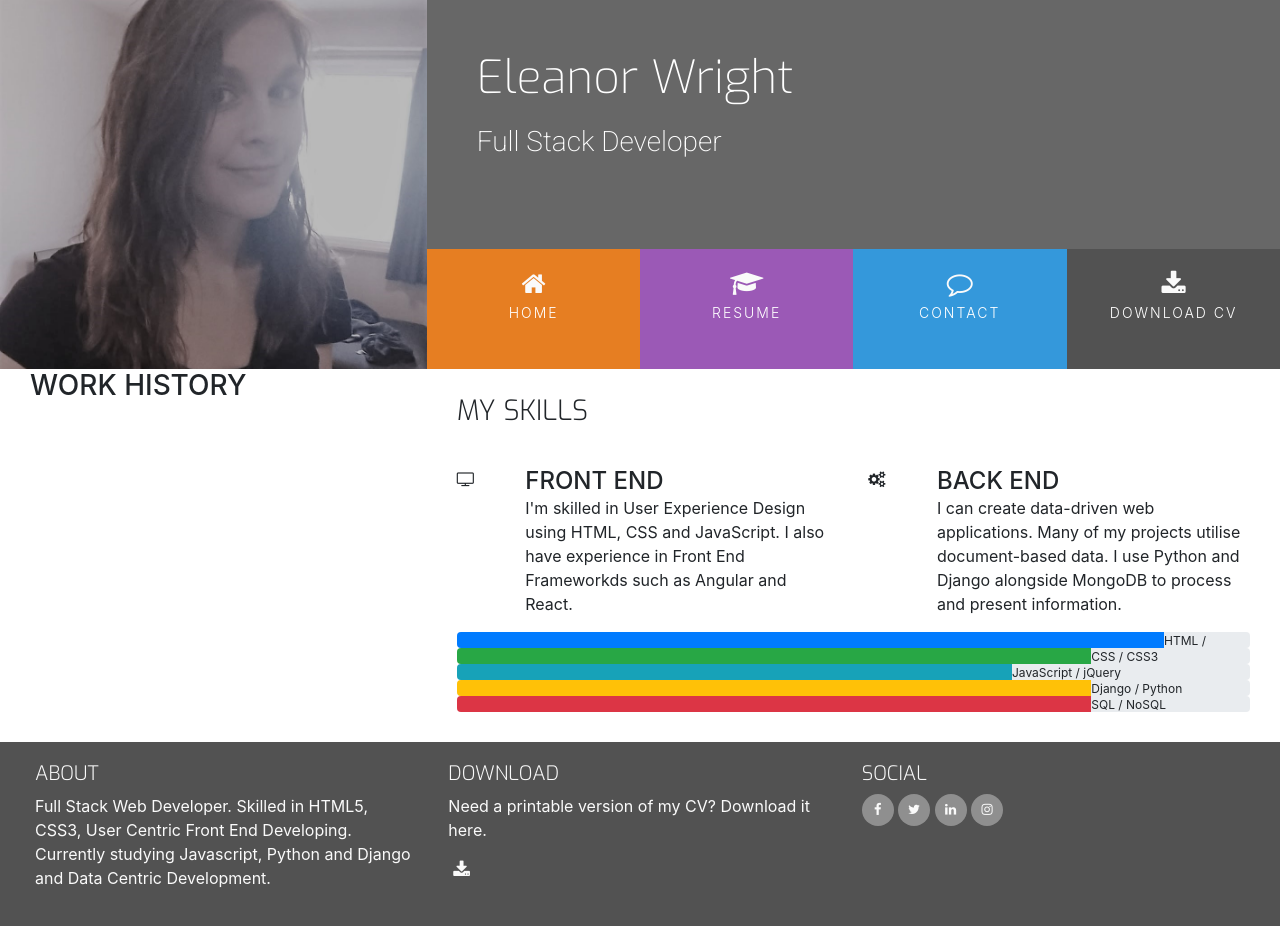
Repository: eleanorpro/resume
Page: resume.html
The author's editor kept a record of every edit. The page is drawn from the files as they stood at one moment, then again after the next edit.
The browser window is 1280 px wide. The pictures show the whole page.
Some web libraries are served in a nearby version.

Above is the page before.

### resume.html
<!DOCTYPE html>
<html lang="en">
<head>
    <meta charset="UTF-8">
    <meta name="viewport" content="width=device-width, initial-scale=1.0">
    <meta http-equiv="X-UA-Compatible" content="ie=edge">
<!-- links copied from video code to be the same version as used in example, more up to date versions available if problems occur -->
    <link rel="stylesheet" href="https://stackpath.bootstrapcdn.com/bootstrap/4.2.1/css/bootstrap.min.css" type="text/css" />
    <link rel="stylesheet" href="https://stackpath.bootstrapcdn.com/font-awesome/4.7.0/css/font-awesome.min.css" type="text/css" />
<!-- end of copied links -->
    <link rel="stylesheet" href="https://cdnjs.cloudflare.com/ajax/libs/hover.css/2.3.1/css/hover-min.css" type="text/css" />
    <link rel="stylesheet" href="assets/css/style.css" type="text/css" />
    <title>Eleanor</title>
</head>
<body>
    <header>
        <div class="row no-gutters">
            <a href="index.html" class="col-md-4 logo">

            </a>
            <div class="col-md-8">
                <div class="row no-gutters bg-color-name-title">
                    <div class="col heading">
                        <h1 class="name">Eleanor Wright</h1>
                        <h2 class="title">Full Stack Developer</h2>
                    </div>
                </div>
                <div class="row no-gutters">
                    <div class="col">
                        <ul id="nav" class="list-inline menucontainer">
                            <li class="col-6 col-sm-3 ui-menu-color-home list-inline-item menuitem">
                                <a href="#" class="hvr-sweep-to-bottom"><i class="fa fa-home" aria-hidden="true"></i><span>Home</span></a>
                            </li>
                            <li class="col-6 col-sm-3 ui-menu-color-resume list-inline-item menuitem">
                                <a href="#" class="hvr-sweep-to-bottom"><i class="fa fa-graduation-cap" aria-hidden="true"></i><span>Resume</span></a>
                            </li>
                            <li class="col-6 col-sm-3 ui-menu-color-contact list-inline-item menuitem">
                                <a href="#" class="hvr-sweep-to-bottom"><i class="fa fa-comment-o" aria-hidden="true"></i><span>Contact</span></a>
                            </li>
                            <li class="col-6 col-sm-3 ui-menu-color-download list-inline-item menuitem">
                                <a href="#" class="hvr-sweep-to-bottom"><i class="fa fa-download" aria-hidden="true"></i><span>Download CV</span></a>
                            </li>
                        </ul>
                    </div>
                </div>
            </div>
        </div>
    </header>
    <section class="container-fluid">
        <div class="row">
            <div class="col-md-4 bg-color-work-history section-column">
                <div class="row">
                    <div class="col-12">
                        <h3 class="history-heading uppercase">Work History</h3>
                    </div>
                </div>
            </div>
            <div class="col-md-8 bg-color-three-reasons section-column">
                <div class="row">
                    <div class="col">
                        <h3 class="section-heading uppercase">My Skills</h3>
                    </div>
                </div>
                <div class="row">
                    <div class="col-10 offset-1 offset-sm-0 col-sm-4 col-md-6">
                        <div class="row">
                            <div class="col-2">
                                <i class="three-reasons-icon fa fa-tv" aria-hidden="true"></i>
                            </div>
                            <div class="col-10">
                                <h4 class="three-reasons-heading uppercase">Front End</h4>
                                <p>
                                   I'm skilled in User Experience Design using HTML, CSS and JavaScript. I also have experience in Front End Frameworkds such as Angular and React.
                                </p>
                            </div>
                        </div>
                    </div>
                    <div class="col-10 offset-1 offset-sm-0 col-sm-4 col-md-6">
                        <div class="row">
                            <div class="col-2">
                                <i class="three-reasons-icon fa fa-gears" aria-hidden="true"></i>
                            </div>
                            <div class="col-10">
                                <h4 class="three-reasons-heading uppercase">Back End</h4>
                                <p>
                                   I can create data-driven web applications. Many of my projects utilise document-based data. I use Python and Django alongside MongoDB to process and present information.
                                </p>
                            </div>
                        </div>
                    </div>
                </div>
                <div class="row progress-section">
                    <div class="col">
                        <div class="progress">
                            <div class="progress-bar" role="progressbar" aria-valuenow="90" aria-valuemin="0" aria-valuemax="100" style="width:90%">
                                <span class="sr-only">90% complete</span>
                            </div>
                            <span class="progress-type">HTML / HTML5</span>
                        </div>
                        <div class="progress">
                            <div class="progress-bar bg-success" role="progressbar" aria-valuenow="80" aria-valuemin="0" aria-valuemax="100" style="width:80%">
                                <span class="sr-only">80% complete</span>
                            </div>
                            <span class="progress-type">CSS / CSS3</span>
                        </div>
                        <div class="progress">
                            <div class="progress-bar bg-info" role="progressbar" aria-valuenow="70" aria-valuemin="0" aria-valuemax="100" style="width:70%">
                                <span class="sr-only">70% complete</span>
                            </div>
                            <span class="progress-type">JavaScript / jQuery</span>
                        </div>
                        <div class="progress">
                            <div class="progress-bar bg-warning" role="progressbar" aria-valuenow="80" aria-valuemin="0" aria-valuemax="100" style="width:80%">
                                <span class="sr-only">80% complete</span>
                            </div>
                            <span class="progress-type">Django / Python</span>
                        </div>
                        <div class="progress">
                            <div class="progress-bar bg-danger" role="progressbar" aria-valuenow="80" aria-valuemin="0" aria-valuemax="100" style="width:80%">
                                <span class="sr-only">80% complete</span>
                            </div>
                            <span class="progress-type">SQL / NoSQL</span>
                        </div>
                    </div>
                </div>
            </div>
        </div>

    </section>
    <footer class="container-fluid">
        <div id="footer-details" class="row">
            <div class="col-sm-4">
                <h5 class="uppercase general-sub">About</h5>
                <p class="inline-block">Full Stack Web Developer. Skilled in HTML5, CSS3, User Centric Front End Developing. Currently studying Javascript, Python and Django and Data Centric Development.</p>
            </div>
            <div class="col-sm-4">
                <h5 class="uppercase general-sub">Download</h5>
                <p class="inline-block">Need a printable version of my CV? Download it here.</p>
                <a href="#" target="_blank" class="cv-pdf">
                    <i class="fa fa-download" aria-hdden="true"></i>
                    <span class="sr-only">Download link.</span>
                </a>
            </div>
            <div class="col-sm-4">
                <h5 class="uppercase general-sub">Social</h5>
                <ul class="list-inline social-links">
                    <li class="list-inline-item">
                        <a target="_blank" href="#">
                            <i class="fa fa-facebook" aria-hidden="true"></i>
                            <span class="sr-only">Facebook</span>
                        </a>
                    </li>
                    <li class="list-inline-item">
                        <a target="_blank" href="#">
                            <i class="fa fa-twitter" aria-hidden="true"></i>
                            <span class="sr-only">Twitter</span>
                        </a>
                    </li>
                    <li class="list-inline-item">
                        <a target="_blank" href="#">
                            <i class="fa fa-linkedin" aria-hidden="true"></i>
                            <span class="sr-only">LinkedIn</span>
                        </a>
                    </li>
                    <li class="list-inline-item">
                        <a target="_blank" href="#">
                            <i class="fa fa-instagram" aria-hidden="true"></i>
                            <span class="sr-only">Instagram</span>
                        </a>
                    </li>
                </ul>
            </div>
        </div>
    </footer>
</body>
</html>

### assets/css/style.css
@import url('https://fonts.googleapis.com/css?family=Roboto:100,200,300,400,500,600,700|Exo: 100,200,300,400,500,600,700');

/*-------------------------------------------Colours */

.bg-color-name-title {
    background-color: #676767;
}

.bg-color-three-reasons {
    background-color: #fff;
}

.ui-menu-color-home {
    background-color: #e67e22;
}

.ui-menu-color-resume {
    background-color: #9b59b6;
}

.ui-menu-color-contact {
    background-color: #3498db;
}

.ui-menu-color-download {
    background-color: #525252;
}

/*-------------------------------------------Special paddings/margins/text */

h1,h2,h3,h4 {
    margin: 0;
}

.uppercase {
    text-transform: uppercase;
}

.general-sub {
    font-family: "Exo", sans-serif;
    font-weight: 300;
    color: #fafafa;
}

.inline-block {
    display: inline-block;
}

.row-table {
    display: table;
}

.section-column {
    display: table-cell;
    padding: 0 30px 30px;
    float: none;
}

.section-heading {
    font-family: "Exo", sans-serif;
    font-weight: 300;
    margin-top: 25px;
    margin-bottom: 40px;
}

/*-------------------------------------------Heading */

header {
    margin: 0;
}

.heading {
    margin-left: 50px;
}

.logo {
    background: url("../images/eleanor.jpg");
    background-position: center;
    background-repeat: no-repeat;
    background-size: cover;
    min-height: 360px;
    transition: all .5s ease-in-out;
    -moz-transition: all .5s ease-in-out;
    -webkit-transition: all .5s ease-in-out;
}

.name {
    font-family: "Exo", sans-serif;
    font-weight: 100;
    font-size: 46px;
    margin-top: 50px;
    color: #fff;
}

.title {
    font-family: "Roboto", sans-serif;
    font-weight: 200;
    font-size: 28px;
    margin-top: 20px;
    margin-bottom: 90px;
    color: #fff;
}

.list-inline-item:not(:last-child) {
    margin: 0;
}

.menucontainer {
    font-size: 0;
}

#nav {
    margin: 0;
}

#nav li {
    font-size: 14px;
    padding: 0;
}

.menuitem {
    height: 120px;
    text-align: center;
    padding: 0;
}

.menuitem a {
    width: 100%;
    text-decoration: none;
    color: #fff;
    height: 120px;
}

.menuitem a i {
    padding-top: 22px;
    display: block;
    color: #fafafa;
    font-size: 26px;
}

.menuitem span {
    display: block;
    width: 100%;
    padding-top: 5px;
    text-align: center;
    text-transform: uppercase;
    font-size: 14px;
    font-weight: 300;
    letter-spacing: 2px;
}

/*-------------------------------------------Hover.css */

.hvr-sweep-to-bottom:before {
    background-color: rgba(0, 0, 0, 0.2);
    height:120px;
}

/*-------------------------------------------Footer */

footer {
    background-color: #525252;
    color: #fafafa;
    min-height: 120px;
    margin: 0;
}

.cv-pdf i {
    font-size: 18px;
    color: #fafafa;
    text-align: center;
    padding-left: 5px;
    transition: all 0.35s ease-in-out;
    -moz-transition: all 0.35s ease-in-out;
    -webkit-transition: all 0.35s ease-in-out;
    -o-transition: all 0.35s ease-in-out;
}

.cv-pdf i:hover {
    color: #e84610;
}

.social-links {
    padding-bottom: 15px;
}

.social-links li a i {
    width: 32px;
    height: 32px;
    padding: 12px 0;
    border-radius: 50%;
    font-size: 13px;
    line-height: 7px;
    text-align: center;
    color: #fafafa;
    background: #8f8f8f;
    transition: all 0.35s ease-in-out;
    -moz-transition: all 0.35s ease-in-out;
    -webkit-transition: all 0.35s ease-in-out;
    -o-transition: all 0.35s ease-in-out;
}

.social-links li a i:hover {
    background: #e84610;
}

#footer-details {
    padding: 20px;
}

After the next edit:
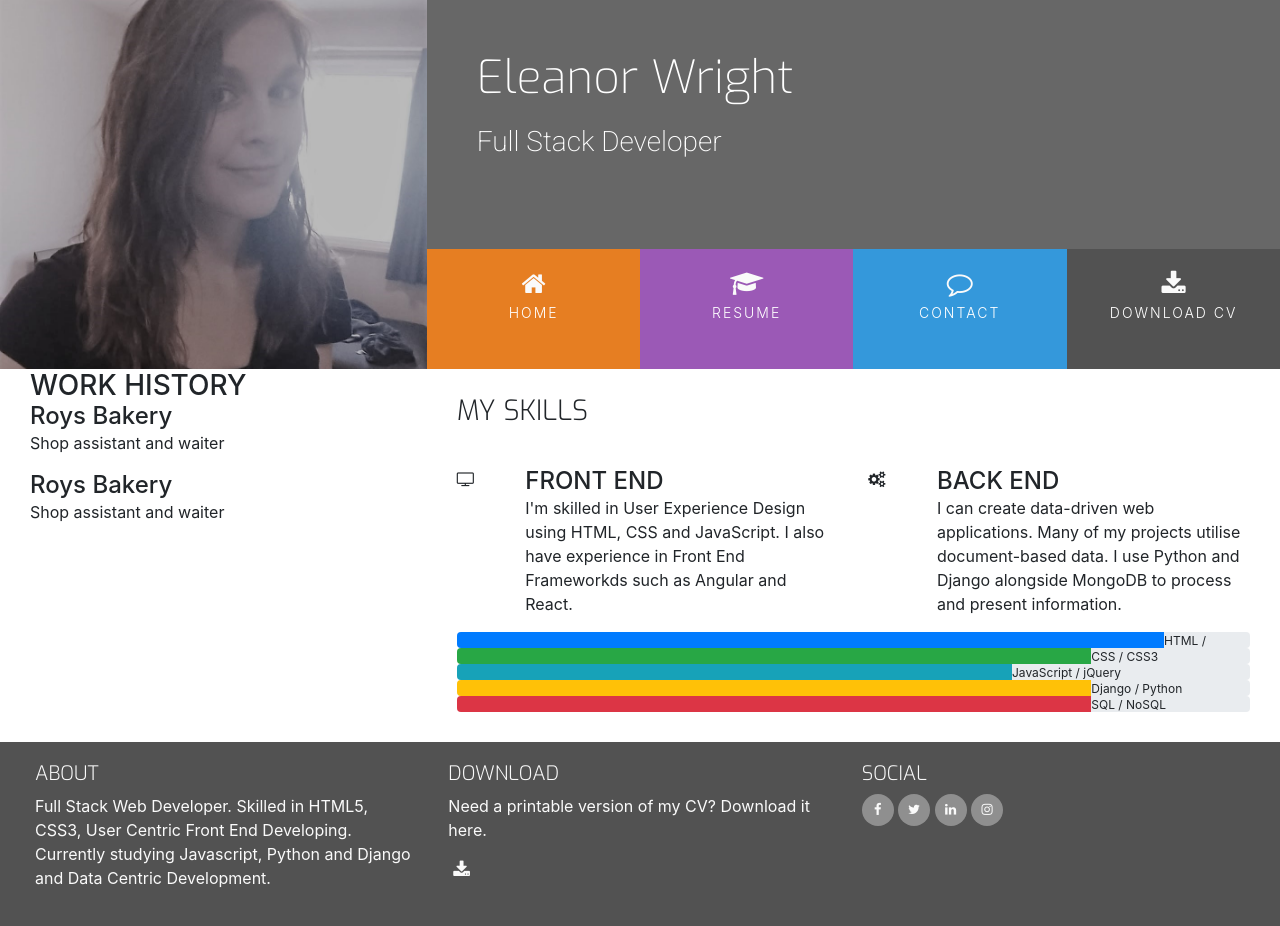
The edit:
--- a/resume.html
+++ b/resume.html
@@ -53,6 +53,14 @@
                     <div class="col-12">
                         <h3 class="history-heading uppercase">Work History</h3>
                     </div>
+                </div>
+                <div class="timeline-item" data-dates="01/2008 - 10/2008">
+                    <h4>Roys Bakery</h4>
+                    <p>Shop assistant and waiter</p>
+                </div>
+                <div class="timeline-item" data-dates="10/2008 - /2008">
+                    <h4>Roys Bakery</h4>
+                    <p>Shop assistant and waiter</p>
                 </div>
             </div>
             <div class="col-md-8 bg-color-three-reasons section-column">
